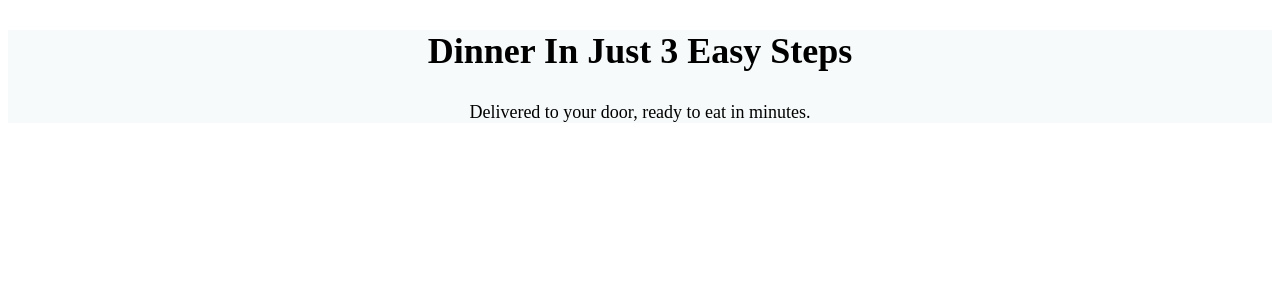
Repository: ST-United-Internship/leadpage
Page: icons-UI.html
These files come from the project's save history. The page is drawn as it stood at one moment and after the next save; the edit follows.
The browser window is 1280 px wide. The pictures show the whole page.

Above is the page before, as saved 2023-03-15 09:15:53.

### icons-UI.html
<!DOCTYPE html>
<html lang="en">
<head>
    <meta charset="UTF-8">
    <meta http-equiv="X-UA-Compatible" content="IE=edge">
    <meta name="viewport" content="width=device-width, initial-scale=1.0">
    <title>Document</title>
    <link rel="stylesheet" href="css/icons-UI.css">
</head>
<body>
    <div class="about">
        <div class="title-text">
            <h2>Dinner In Just 3 Easy Steps</h2>
            <p>Delivered to your door, ready to eat in minutes.</p>
        </div>
    </div>
</body>
</html>

### css/icons-UI.css
.about{
    background-color: #f7fafa;
}

.about .title-text{
    text-align: center;
}

.about .title-text h2{
    font-size: 36px;
}

.about .title-text p{
    font-size: 18px;
}

After the next save:
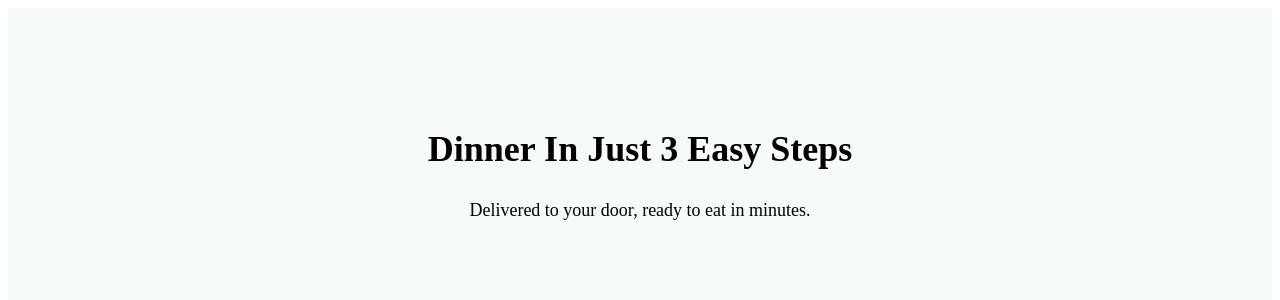
Saved 30 s later.
--- a/css/icons-UI.css
+++ b/css/icons-UI.css
@@ -4,6 +4,7 @@
 
 .about .title-text{
     text-align: center;
+    padding: 90px;
 }
 
 .about .title-text h2{
